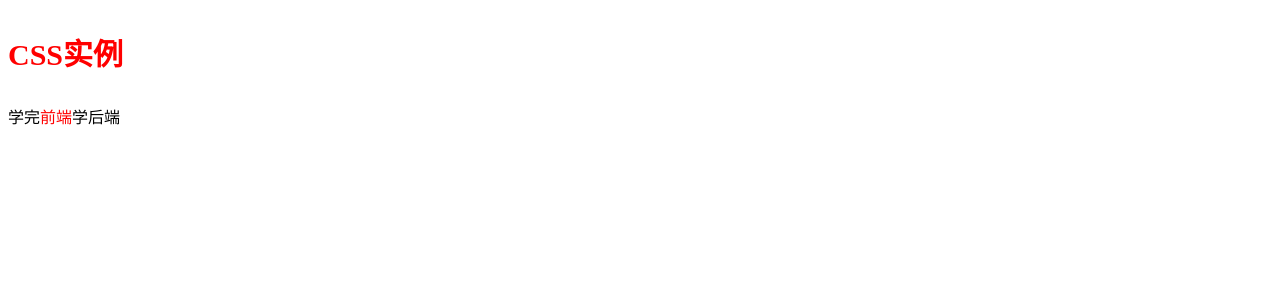
Repository: yuanliumaker/html-css-js
Page: css/example.html
The author's editor kept a copy of each file at every save. The page is drawn from the files as they stood at one save, then again after the next save.
The browser window is 1280 px wide. The pictures show the whole page.

Above is the page before, as saved 2025-08-29 17:12:38.

After the next save:
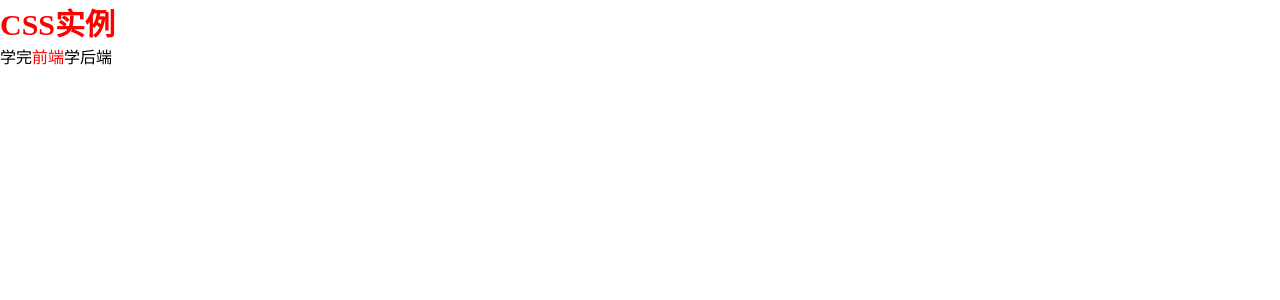
Saved 37 s later.
--- a/css/public.css
+++ b/css/public.css
@@ -5,3 +5,9 @@
     font-size: 30px; /* 字体大小 */
     /* text-align: center; 文本对齐方式 */
 }
+/* 全局选择器
+可以与任何元素匹配，优先级最低，一般做样式初始化 */
+*{
+    margin:0;
+    padding:0;
+}
